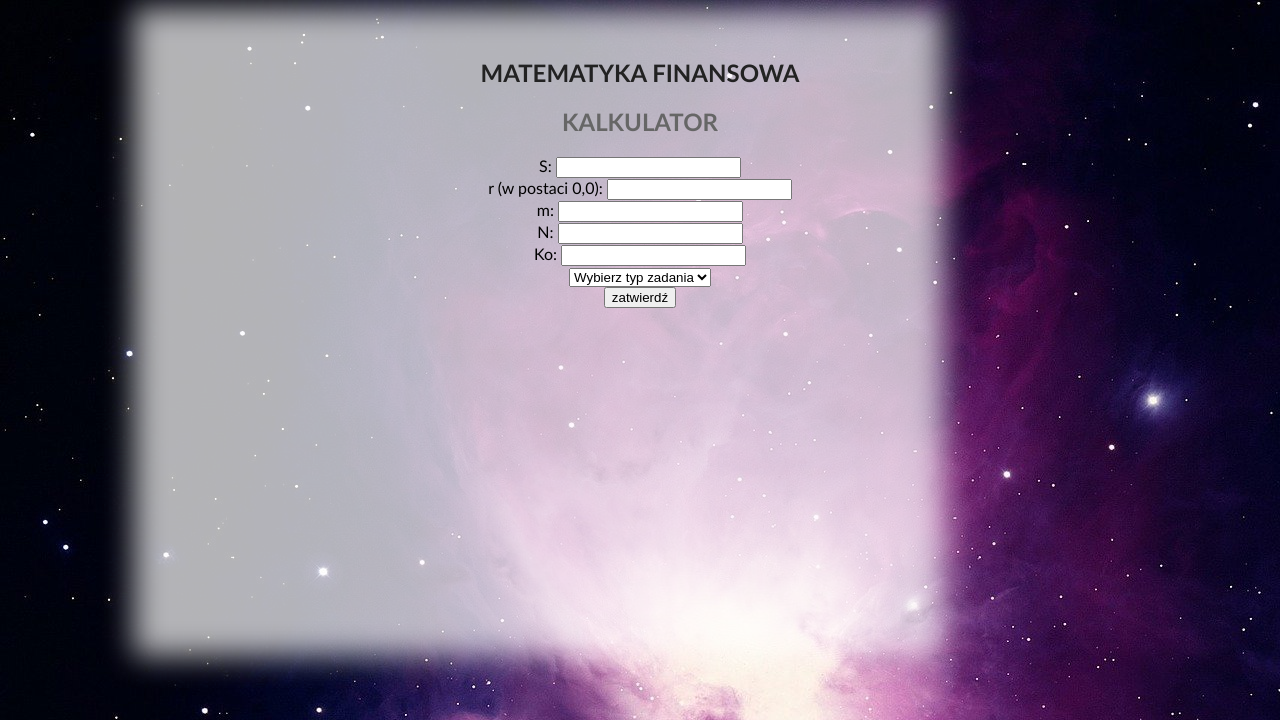
Repository: ravkita/MFCalc
Page: index.html
The author's editor kept a copy of each file at every save. The page is drawn from the files as they stood at one save, then again after the next save.
The browser window is 1280 px wide. The pictures show the whole page.

Above is the page before, as saved 2021-04-12 19:32:05.

### index.html
<!DOCTYPE html>
<html lang="en">
<head>
    <meta charset="UTF-8">
    <meta http-equiv="X-UA-Compatible" content="IE=edge">
    <meta name="viewport" content="width=device-width, initial-scale=1.0">
    <title>Kalkulator</title>

    <style type="text/css">
        body{
            font-family: 'Gill Sans', 'Gill Sans MT', Calibri, 'Trebuchet MS', sans-serif;
            background-image: url('bg.jpg');
            display: flex;
            justify-content: center;
            align-items: center;
        }
        .popout{
            width: 80%;
            height: 90vh;
            position: relative;
        }
        .popout .bg{
            width: 80%;
            height: 90vh;
            background: rgba(255, 255, 255, 0.7);
            filter: blur(15px);
            position: absolute;
            top: 0;
            left: 0;
            z-index: -1;
        }
        .header{
            width: 100%;
            display: flex;
            flex-direction: column;
            justify-content: center;
            align-items: center;
        }
        .title{
            color: #222;
            margin-top: 50px;
            margin-bottom: 10px;
        }
        .subtitle{
            margin-top: 10px;
            color: #666666;
        }

        #form{
            display: flex;
            flex-direction: column;
            justify-content: center;
            align-items: center;
        }
    </style>
</head>
<body>
    <section class="popout">
        <div class="bg"></div>
        <header class="header">
            <h1 class="title">MATEMATYKA FINANSOWA</h1>
        <h2 class="subtitle">KALKULATOR</h2>
        </header>
        <form action="" id="form">
            <div class="formItem"><label for="S">S:</label> <input type="number" name="S" class="s"></div>
            <div class="formItem"><label for="r">r (w postaci 0,0):</label> <input type="number" name="r" class="r"></div>
            <div class="formItem"><label for="m">m:</label> <input type="number" name="m" class="m"></div>
            <div class="formItem"><label for="N">N:</label> <input type="number" name="N" class="N"></div>
            <div class="formItem"><label for="Ko">Ko:</label> <input type="number" name="Ko" class="Ko"></div>
            <div class="formItem">
                <select name="type" id="typ">
                <option default>Wybierz typ zadania</option>
                <option value="1">zmienna rata</option>
                <option value="2">zmienne płatności</option>
                <option value="3">narastanie kapitału</option>
            </select>
        </div>
            <input type="button" name="confirm" id="confirm" value="zatwierdź">
        </form>
        <div class="result">

        </div>
    </section>
    <script type="text/javascript">
        let s;
        let r;
        let m;
        let N;
        let q;
        let a;
        let Ko;
        let Sn = [];

        // RATY


        function rataStała(){
            const el = document.createElement("p");
            let t = s/(m*N);
            el.innerText = `T: ${t}`;
            document.querySelector('.result').appendChild(el);
        }
        function rataZmienna(){
            let tn = [];
            let sumaTn = 0;
                for(let i = 1; i<=N*m; i++){
                    const el = document.createElement("p");
                    tn[i-1] = s*((Math.pow(q, i) - Math.pow(q, i-1))/(Math.pow(q, m*N) - 1));
                    sumaTn += tn[i-1];
                    el.innerText = `T${i}: ${tn[i-1]}`;
                    document.querySelector('.result').appendChild(el);
                }
                const suma = document.createElement("p");
            suma.innerText = `Suma rat: ${sumaTn}`;
            document.querySelector('.result').appendChild(suma);
        }

        //KWOTA PŁATNOŚCI

        function kwotaPlatnosciStala(){
            const el = document.createElement("p");
            a = s*Math.pow(q, m*N)*((q-1)/(Math.pow(q, m*N)-1));
            el.innerText = `A: ${a}`;
            document.querySelector('.result').appendChild(el);
        }
        function kwotaPlatnosciZmienna(){
            for(let i = 1; i<=N*m; i++){
                const el = document.createElement("p");
                let an = (s/(N*m))*[1+((N*m)-i+1)*(r/m)];
                el.innerText = `A${i}: ${an}`;
                document.querySelector('.result').appendChild(el);
            }
        }

        // ODSETKI
        function odsetkiPrzyStalejRacie(){
            let sumaOs = 0;
            for(let i = 1; i<=N*m; i++){
                const el = document.createElement("p");
                let On = s*[1-((i-1)/(N*m))]*(r/m);
                sumaOs += On;
                el.innerText = `O${i}: ${On}`;
                document.querySelector('.result').appendChild(el);
            }
            const suma = document.createElement("p");
            suma.innerText = `Suma odsetek: ${sumaOs}`;
            document.querySelector('.result').appendChild(suma);
        }

        function odsetkiPrzyStalejKwocie(){
            saldoPrzyStałejKwocie();
            let On
            let sumaO = 0;
            for(let i = 1; i<=N*m; i++){
                const el = document.createElement("p");
                if(i === 1){
                     On = s*(r/m);
                     sumaO += On;
                }else{
                     On = Sn[i-2]*(r/m);
                     sumaO += On;
                }

                el.innerText = `O${i}: ${On}`;
                document.querySelector('.result').appendChild(el);
            }
            const suma = document.createElement("p");
            suma.innerText = `Suma odsetek: ${sumaO}`;
            document.querySelector('.result').appendChild(suma);
        }


        //SALDO
        function saldoPrzyStałejKwocie(){
            kwotaPlatnosciStala();
            for(let i = 1; i<=N*m; i++){
                const el = document.createElement("p");
                Sn[i-1] = s*(Math.pow((1+(r/m)), i)) - a*((Math.pow((1+(r/m)), i)-1)/((1+(r/m))-1));
                el.innerText = `S${i}: ${Sn[i-1]}`;
                document.querySelector('.result').appendChild(el);
            }
        }

        function saldoPrzyStałejRacie(){
            for(let i = 1; i<=N*m; i++){
                const el = document.createElement("p");
                let SnS = s*(1-(i/(N*m)));
                el.innerText = `S${i}: ${SnS}`;
                document.querySelector('.result').appendChild(el);
            }
        }


        //NARASTANIE KAPITAŁU

        function narastanieKapitału(){
            for(let i = 1; i<=N; i++){
                const el = document.createElement("p");
                let Kn = Ko*(Math.pow((1+(r/m)), i*m));
                el.innerText = `K${i}: ${Kn}`;
                document.querySelector('.result').appendChild(el);
            }
        }



        function getData(){
            document.getElementById('confirm').addEventListener('click', (e) =>{
                s = document.querySelector('.s').value;
                r = document.querySelector('.r').value;
                m = document.querySelector('.m').value;
                N = document.querySelector('.N').value;
                Ko = document.querySelector('.Ko').value;
                q = 1+(r/m);
                let type = document.querySelector('#typ').value;
                document.querySelector('.result').innerHTML="";

                switch (type){
                    case "1":
                    rataZmienna();
                    kwotaPlatnosciStala();
                    odsetkiPrzyStalejKwocie()
                    break;
                    case "2":
                    rataStała();
                    kwotaPlatnosciZmienna();
                    odsetkiPrzyStalejRacie();
                    saldoPrzyStałejRacie();
                    break;
                    case "3":
                    narastanieKapitału();
                }
            });
        }
        getData();
    </script>
</body>
</html>

After the next save:
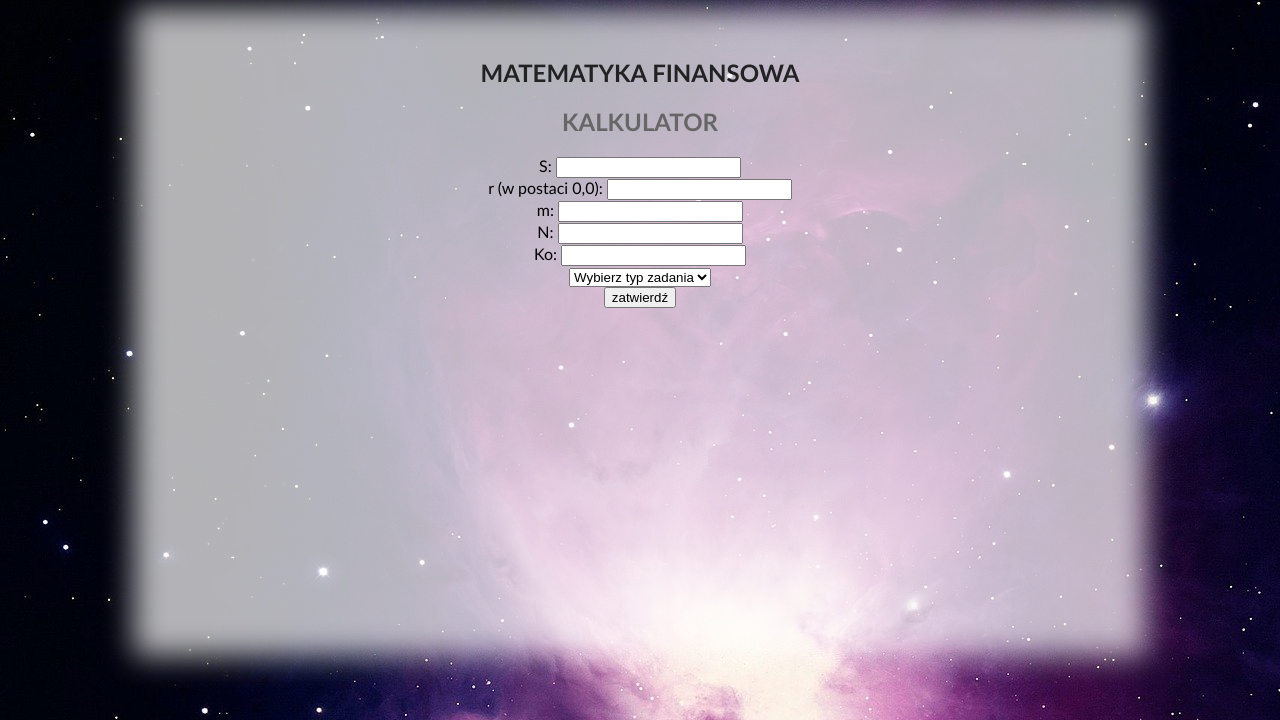
Saved 18 s later.
--- a/index.html
+++ b/index.html
@@ -20,8 +20,8 @@
             position: relative;
         }
         .popout .bg{
-            width: 80%;
-            height: 90vh;
+            width: 100%;
+            height: 100%;
             background: rgba(255, 255, 255, 0.7);
             filter: blur(15px);
             position: absolute;
